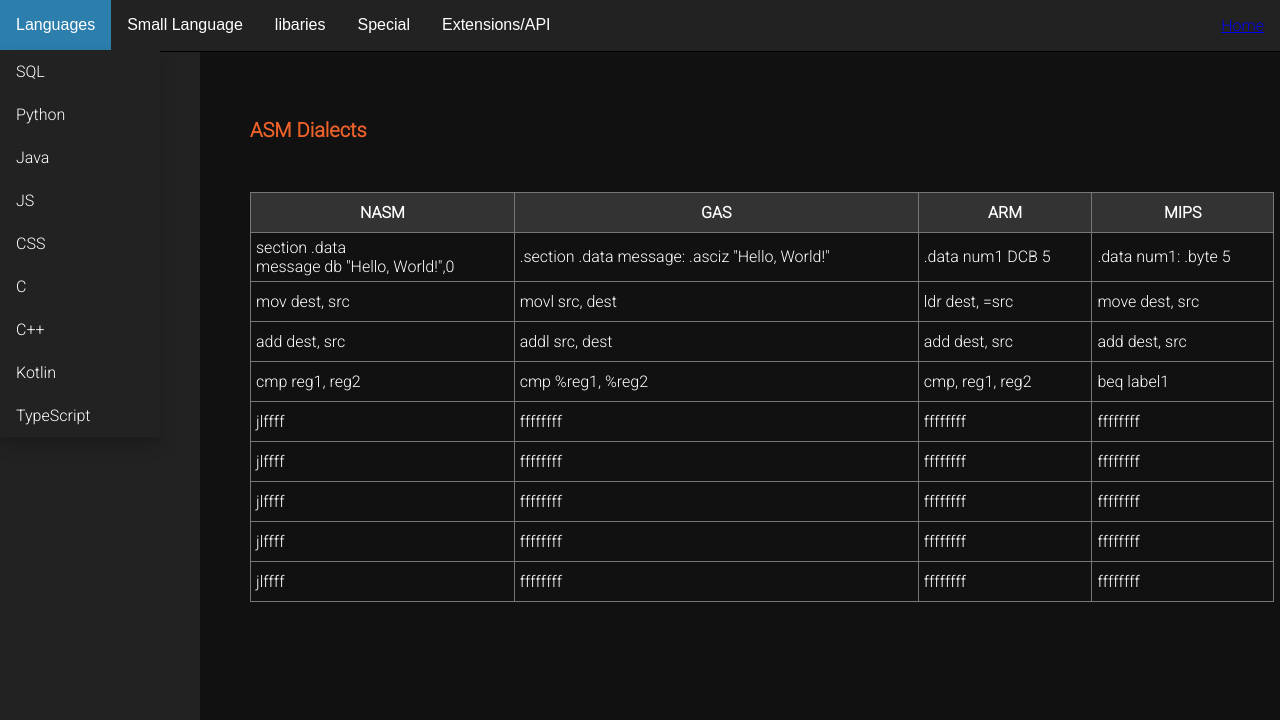
Repository: Max-Rohrhirsch/Max-Rohrhirsch.github.io
Page: documentation/special/OS/asm_dif.html
An editor plug-in stored every save of this project. The page is shown before and after the next save, followed by the edit.
The browser window is 1280 px wide. The pictures show the whole page.

Above is the page before, as saved 2023-10-29 17:56:01.

### documentation/special/OS/asm_dif.html
<head>
    <link rel="preconnect" href="https://fonts.googleapis.com">
    <link rel="preconnect" href="https://fonts.gstatic.com" crossorigin>
    <link href="https://fonts.googleapis.com/css2?family=Roboto:wght@300&display=swap" rel="stylesheet">
    <link rel="stylesheet" href="https://cdnjs.cloudflare.com/ajax/libs/font-awesome/4.7.0/css/font-awesome.min.css">

    <link rel="icon" type="image/x-icon" href="..../Bilder/favicon.ico">

    <link href="/home/max/Schreibtisch/Finished/Portfolio/documentation/prism.css" rel="stylesheet" />

    <link rel="stylesheet" href="/home/max/Schreibtisch/Finished/Portfolio/documentation/docStyle.css">
</head>

<script src="/jquery.js"></script>
<div id="includeHeader"></div>
<!-- ------ SIDE NAVIGATION BAR ----- -->
<div class="sidenav">
    <a href="/documentation/special/OS/OS.html">OS</a>
    <a href="/documentation/special/OS/ASM.html">ASM</a>
</div>

<div class="main">
<h2>ASM Dialects</h2>
<table>
<tr>
    <th>NASM</th>
    <th>GAS</th>
    <th>ARM</th>
    <th>MIPS</th>
</tr>
<tr>
    <td>
section .data<br>
message db "Hello, World!",0
    </td>
    <td>
.section .data
message:
    .asciz "Hello, World!"
    </td>
    <td>
.data
    num1  DCB 5
    </td>
    <td>
.data
    num1:   .byte 5
    </td>
</tr>
<tr>
    <td>mov dest, src</td>
    <td>movl src, dest</td>
    <td>ldr dest, =src</td>
    <td>move dest, src</td>
</tr>
<tr>
    <td>add dest, src</td>
    <td>addl src, dest</td>
    <td>add dest, src</td>
    <td>add dest, src</td>
</tr>
<tr>
    <td>cmp reg1, reg2</td>
    <td>cmp %reg1, %reg2</td>
    <td>cmp, reg1, reg2</td>
    <td>beq label1</td>
</tr>
<tr>
    <td>jlffff</td>
    <td>ffffffff</td>
    <td>ffffffff</td>
    <td>ffffffff</td>
</tr>
<tr>
    <td>jlffff</td>
    <td>ffffffff</td>
    <td>ffffffff</td>
    <td>ffffffff</td>
</tr>
<tr>
    <td>jlffff</td>
    <td>ffffffff</td>
    <td>ffffffff</td>
    <td>ffffffff</td>
</tr>
<tr>
    <td>jlffff</td>
    <td>ffffffff</td>
    <td>ffffffff</td>
    <td>ffffffff</td>
</tr>
<tr>
    <td>jlffff</td>
    <td>ffffffff</td>
    <td>ffffffff</td>
    <td>ffffffff</td>
</tr>

</table>
</div>
<div id="includeFooter"></div>

### documentation/prism.css
/* PrismJS 1.29.0
https://prismjs.com/download.html#themes=prism-okaidia&languages=markup+css+clike+javascript+arduino+armasm+bash+brainfuck+c+cpp+cilkc+cilkcpp+go+java+latex+lua+python+rust+sql&plugins=line-numbers+show-language+toolbar+copy-to-clipboard+download-button */
code[class*=language-],pre[class*=language-]{color:#f8f8f2;background:0 0;text-shadow:0 1px rgba(0,0,0,.3);font-family:Consolas,Monaco,'Andale Mono','Ubuntu Mono',monospace;font-size:1em;text-align:left;white-space:pre;word-spacing:normal;word-break:normal;word-wrap:normal;line-height:1.5;-moz-tab-size:4;-o-tab-size:4;tab-size:4;-webkit-hyphens:none;-moz-hyphens:none;-ms-hyphens:none;hyphens:none}pre[class*=language-]{padding:1em;margin:.5em 0;overflow:auto;border-radius:.3em}:not(pre)>code[class*=language-],pre[class*=language-]{background:#272822}:not(pre)>code[class*=language-]{padding:.1em;border-radius:.3em;white-space:normal}.token.cdata,.token.comment,.token.doctype,.token.prolog{color:#8292a2}.token.punctuation{color:#f8f8f2}.token.namespace{opacity:.7}.token.constant,.token.deleted,.token.property,.token.symbol,.token.tag{color:#f92672}.token.boolean,.token.number{color:#ae81ff}.token.attr-name,.token.builtin,.token.char,.token.inserted,.token.selector,.token.string{color:#a6e22e}.language-css .token.string,.style .token.string,.token.entity,.token.operator,.token.url,.token.variable{color:#f8f8f2}.token.atrule,.token.attr-value,.token.class-name,.token.function{color:#e6db74}.token.keyword{color:#66d9ef}.token.important,.token.regex{color:#fd971f}.token.bold,.token.important{font-weight:700}.token.italic{font-style:italic}.token.entity{cursor:help}
pre[class*=language-].line-numbers{position:relative;padding-left:3.8em;counter-reset:linenumber}pre[class*=language-].line-numbers>code{position:relative;white-space:inherit}.line-numbers .line-numbers-rows{position:absolute;pointer-events:none;top:0;font-size:100%;left:-3.8em;width:3em;letter-spacing:-1px;border-right:1px solid #999;-webkit-user-select:none;-moz-user-select:none;-ms-user-select:none;user-select:none}.line-numbers-rows>span{display:block;counter-increment:linenumber}.line-numbers-rows>span:before{content:counter(linenumber);color:#999;display:block;padding-right:.8em;text-align:right}
div.code-toolbar{position:relative}div.code-toolbar>.toolbar{position:absolute;z-index:10;top:.3em;right:.2em;transition:opacity .3s ease-in-out;opacity:0}div.code-toolbar:hover>.toolbar{opacity:1}div.code-toolbar:focus-within>.toolbar{opacity:1}div.code-toolbar>.toolbar>.toolbar-item{display:inline-block}div.code-toolbar>.toolbar>.toolbar-item>a{cursor:pointer}div.code-toolbar>.toolbar>.toolbar-item>button{background:0 0;border:0;color:inherit;font:inherit;line-height:normal;overflow:visible;padding:0;-webkit-user-select:none;-moz-user-select:none;-ms-user-select:none}div.code-toolbar>.toolbar>.toolbar-item>a,div.code-toolbar>.toolbar>.toolbar-item>button,div.code-toolbar>.toolbar>.toolbar-item>span{color:#bbb;font-size:.8em;padding:0 .5em;background:#f5f2f0;background:rgba(224,224,224,.2);box-shadow:0 2px 0 0 rgba(0,0,0,.2);border-radius:.5em}div.code-toolbar>.toolbar>.toolbar-item>a:focus,div.code-toolbar>.toolbar>.toolbar-item>a:hover,div.code-toolbar>.toolbar>.toolbar-item>button:focus,div.code-toolbar>.toolbar>.toolbar-item>button:hover,div.code-toolbar>.toolbar>.toolbar-item>span:focus,div.code-toolbar>.toolbar>.toolbar-item>span:hover{color:inherit;text-decoration:none}

### documentation/docStyle.css
:root {
    --main-special-color: #ee622a;
    --main-bg-color: #111;
    transition: 3s;
    scroll-behavior: smooth;
}

body {
    background-color: var(--main-bg-color);
    color: white;
    font-family: 'Roboto', sans-serif;
    margin: 0;
    min-height: max-content;
}


/* ----------------------------- MAIN STUFF --------------------------------------- */
red { color: red }
orange { color: orange }
green { color: green }

.nav1 {
    position: fixed;
    background-color: #222;
    border-bottom: 1px solid black;
    width: 100%;

    z-index: 2;
}

/* ---- DROPDOWN ---- */

.dropbtn {
    background-color: #222;
    color: white;

    padding: 16px;
    font-size: 16px;
    border: none;
    cursor: pointer;
  }

  .dropdown {
    position: relative;
    display: inline-block;
  }

  .dropdown-content {
    display: none;
    position: absolute;
    right: 0;

    background-color: #222;
    min-width: 160px;
    box-shadow: 0px 8px 16px 0px rgba(0,0,0,0.2);
  }

  .dropdown-content a {
    color: White;
    padding: 12px 16px;
    text-decoration: none;
    display: block;
  }

  .dropdown-content a:hover { background-color: #333 }
  .dropdown:hover .dropdown-content { display: block }
  .dropdown:hover .dropbtn { background-color: #2c7ead }


/* ------------ Site Navigation ----------- */

.sidenav {
    height: 100%;
    width: 200px;

    position: fixed;
    top: 51px;
    left: 0;

    background-color: #222;
    overflow-x: hidden;
    z-index: 1;
  }

  .sidenav a, .dropdown-btn {
    padding: 6px 8px 6px 16px;

    text-decoration: none;
    font-size: 20px;
    color: white;

    display: block;
    border: none;
    background: none;

    width: 100%;
    text-align: left;
    cursor: pointer;
    outline: none;
  }

  .sidenav a:hover, .dropdown-btn:hover { background-color: #2c7ead }

  .active {
    background-color: green;
    color: white;
  }

  .dropdown-container {
    display: none;
    background-color: #333;
  }

  .fa-caret-down {
    float: right;
    padding-right: 8px;
  }

  @media screen and (max-height: 450px) {
    .sidenav { padding-top: 15px }
    .sidenav a { font-size: 18px }
  }


/* ------------ Main ----------- */
.main {
    display: block;
    position:absolute;
    top: 51px;
    left: 200px;

    padding: 50px;
    font-size: 18px;

    min-height: 100%;
    width: 80vw;
}

.main h2 {
    font-size: 20px;
    color: #ee622a;
}

.main a {
    color: rgb(44, 172, 65);
    margin-bottom: 20px;
    display: block;
}

img {
    display: block;
    margin-top: 20px;
}
img:hover {
    cursor: pointer;
}



/* ------------ CODE ----------- */

out {
    display: block;
    width: calc(100% - 40px);
    background-color: #333;

    padding: 20px;
    margin-top: 15px;
    border-radius: 10px;
}

.wrapper {
    display: grid;
    font-size: 18px;
    grid-template-columns: repeat(3, 1fr);
    gap: 10px;
}

.wrapper pre {
    height: calc(100% - 50px);
}

.half {
    display: grid;
    grid-template-columns: repeat(2, 1fr);
    gap: 10px;
}
.half pre {
    height: calc(100% - 50px);
}

/* ------------ Table ----------- */

table {
    width: calc(100% );
    border: 1px solid #777;
    margin-top: 50px;
    border-collapse:collapse;
}

th {
    border: 1px solid #777;
    background-color: #333;
    padding: 10px;

}

td {
    border: 1px solid #777;
    padding: 5px;
    height: 40px;
}


/* ------------ Buttons ----------- */

.pre, .next {
    display: inline-block;
    margin-top: 10px;
}
.pre:hover, .next:hover { cursor: pointer }

.pre { float: left }
.next { float: right }





/* ------------ Image ----------- */
.modal {
    z-index:2;
    display:none;
    padding-top:10px;
    position:fixed;
    left:0;
    top:0;
    width:100%;
    height:100%;
    overflow:auto;
    background-color:rgb(0,0,0);
    background-color:rgba(0,0,0,0.8)
}

.modal-content {
    margin: auto;
    display: block;
    position: absolute;
    top: 50%;
    left: 50%;
    transform: translate(-50%, -50%);
}


.modal-hover-opacity {
    opacity:1;
    filter:alpha(opacity=100);
}

.modal-hover-opacity:hover {
    opacity:0.60;
    filter:alpha(opacity=60);
}


.close {
    text-decoration:none;

    position: fixed;
    right:20px;
    top: 20px;

    font-size:24px;
    font-weight:bold;
    color:white;
    cursor: pointer;
}

img {
    width: 500px;
    display: block;
}

.modal-content, #caption {
    -webkit-animation-name: zoom;
    -webkit-animation-duration: 0.6s;
    animation-name: zoom;
    animation-duration: 0.6s;
}

@keyframes zoom {
    from {transform:scale(0)}
    to {transform:scale(1)}
}

@media only screen and (max-width: 1300px) {
    .wrapper {
        grid-template-columns: repeat(2, 1fr);
    }
    .half {
        grid-template-columns: repeat(1, 1fr);
    }

}
@media only screen and (max-width: 1000px) {
    .wrapper {
        grid-template-columns: repeat(1, 1fr);
    }
}

### header.html
<html>
    <head>
        <title>Documentation</title>

        <meta name="viewport" content="width=device-width, initial-scale=1">
        <meta name="description" lang="en" content="Documentation of many things I learned">
        <meta name="keywords" content="HTML, CSS, JavaScript, Coding, max">
        <meta name="author" content="Rohrhirsch Max">

        <link rel="preconnect" href="https://fonts.googleapis.com">
        <link rel="preconnect" href="https://fonts.gstatic.com" crossorigin>
        <link href="https://fonts.googleapis.com/css2?family=Roboto:wght@300&display=swap" rel="stylesheet">
        <link rel="stylesheet" href="https://cdnjs.cloudflare.com/ajax/libs/font-awesome/4.7.0/css/font-awesome.min.css">

        <link rel="icon" type="image/x-icon" href="/Bilder/favicon.ico">

        <link href="/documentation/prism.css" rel="stylesheet" />

        <link rel="stylesheet" href="/documentation/docStyle.css">
        <link rel="icon" type="image/x-icon" href="/Bilder/favicon.ico">
    </head>
    <body>
        <!-- ------ TOP NAVIGATION BAR ----- -->
        <nav class="nav1">
            <div class="dropdown" style="float:left;">
                <button class="dropbtn">Languages</button>
                <div class="dropdown-content" style="left:0;">
                    <a href="/documentation/languages/sql/sql.html">SQL</a>
                    <a href="/documentation/languages/python/python.html">Python</a>
                    <a href="/documentation/languages/java/java.html">Java</a>
                    <a href="/documentation/languages/js.html">JS</a>
                    <a href="/documentation/languages/css.html">CSS</a>
                    <a href="/documentation/languages/c.html">C</a>
                    <a href="/documentation/languages/cpp.html">C++</a>
                    <a href="/documentation/languages/Kotlin.html">Kotlin</a>
                    <a href="/documentation/languages/typescript.html">TypeScript</a>
                </div>
            </div>
            <div class="dropdown" style="float:left;">
                <button class="dropbtn">Small Language</button>
                <div class="dropdown-content" style="left:0;">
                    <a href="/documentation/small/bash.html">Bash</a>
                    <a href="/documentation/small/rust.html">Rust</a>
                    <a href="/documentation/small/go.html">GO</a>
                    <a href="/documentation/small/csharp.html">C#</a>
                    <a href="/documentation/small/brainfuck.html">BrainFuck</a>
                </div>
            </div>
            <div class="dropdown" style="float:left;">
                <button class="dropbtn">libaries</button>
                <div class="dropdown-content" style="left:0;">
                    <a href="/documentation/libaries/socket.html">Socket</a>
                    <a href="/documentation/libaries/tenserflow.html">Tenserflow</a>
                    <a href="/documentation/libaries/regex.html">Regex</a>
                    <a href="/documentation/libaries/angular.html">Angular</a>
                    <a href="/documentation/libaries/Git.html">Git</a>
                </div>
            </div>
            <div class="dropdown" style="float:left;">
                <button class="dropbtn">Special</button>
                <div class="dropdown-content" style="left:0;">
                    <a href="/documentation/special/computer.html">Computer</a>
                    <a href="/documentation/special/linux.html">Linux</a>
                    <a href="/documentation/special/arduino.html">Arduino</a>
                    <a href="/documentation/special/game.html">Game Maker</a>
                    <a href="/documentation/special/unity.html">Unity</a>
                    <a href="/documentation/special/OS/OS.html">OS</a>
                    <a href="/documentation/special/hacking.html">Hacking</a>
                </div>
            </div>
            <div class="dropdown" style="float:left;">
                <button class="dropbtn">Extensions/API</button>
                <div class="dropdown-content" style="left:0;">
                    <a href="/documentation/extension/chrome.html">Chrome Extension</a>
                    <a href="/documentation/extension/discord.html">Discord Bot</a>
                    <a href="/documentation/extension/computercraft.html">Computercraft</a>
                    <a href="/documentation/extension/LaTeX.html">LaTeX</a>
                </div>
            </div>
            <div class="dropdown dropbtn" style="float:right;">
                <a href="https://max-rohrhirsch.github.io/documentation/documentation.html">Home</a>
            </div>
        </nav>

        <!-- ------ SIDE NAVIGATION BAR ----- -->

### footer.html

<a class="pre">Previous</a>
<a class="next">Next</a>
</div>

<div id="modal01" class="modal" onclick="this.style.display='none'">
<span class="close">X</span>
<div class="modal-content">
  <img id="img01" style="max-width:100%">
</div>
</div>


<!-- ------ SCRIPT FOR DROPDOWN ----- -->
<script>
var dropdown = document.getElementsByClassName("dropdown-btn");
var i;

for (i = 0; i < dropdown.length; i++) {
  dropdown[i].addEventListener("click", function() {
    this.classList.toggle("active");
    var dropdownContent = this.nextElementSibling;
    if (dropdownContent.style.display === "block") {
      dropdownContent.style.display = "none";
    } else {
      dropdownContent.style.display = "block";
    }
  });
}
</script>
<script src="/documentation/prism.js"></script>
<script>
function onClick(element) {
    document.getElementById("img01").src = element.src;
    document.getElementById("modal01").style.display = "block";
}
</script>
</body>
</html>

Loaded but not shown: jquery.js (library); documentation/prism.js (library)

After the next save:
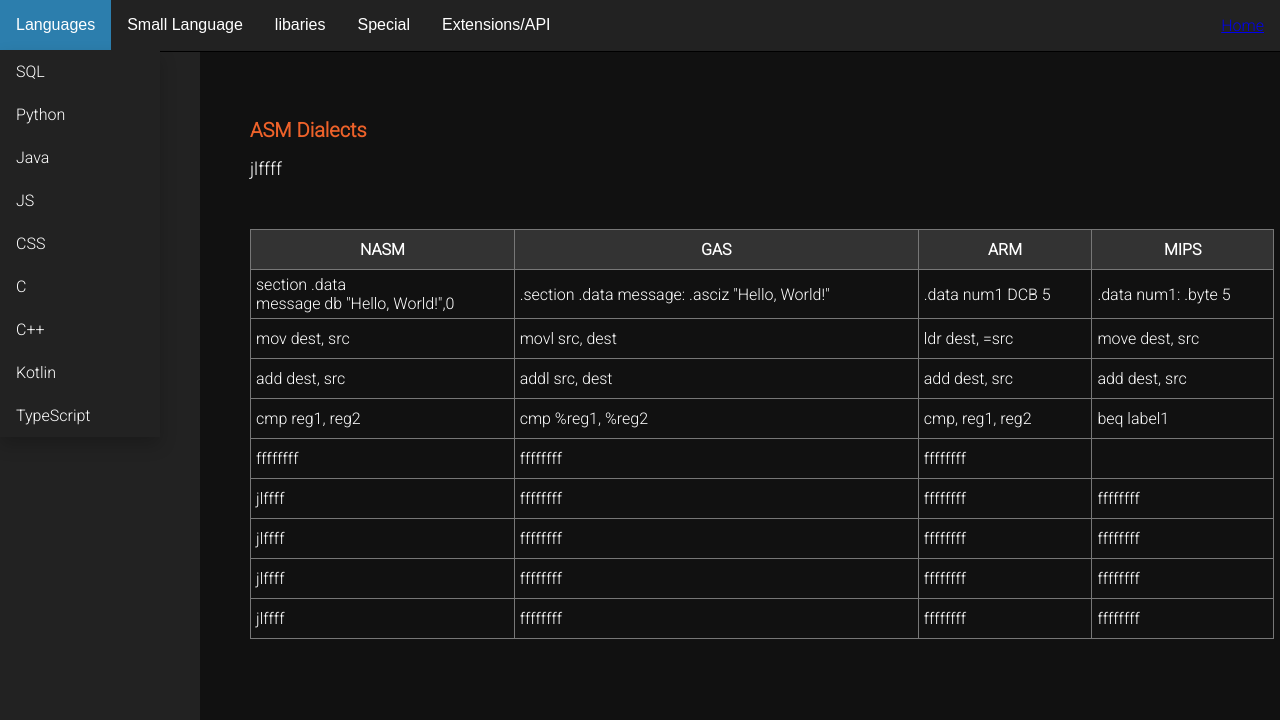
Saved 15 s later.
--- a/documentation/special/OS/asm_dif.html
+++ b/documentation/special/OS/asm_dif.html
@@ -66,7 +66,7 @@
     <td>beq label1</td>
 </tr>
 <tr>
-    <td>jlffff</td>
+    <jmp label>jlffff</td>
     <td>ffffffff</td>
     <td>ffffffff</td>
     <td>ffffffff</td>

After the save that followed:
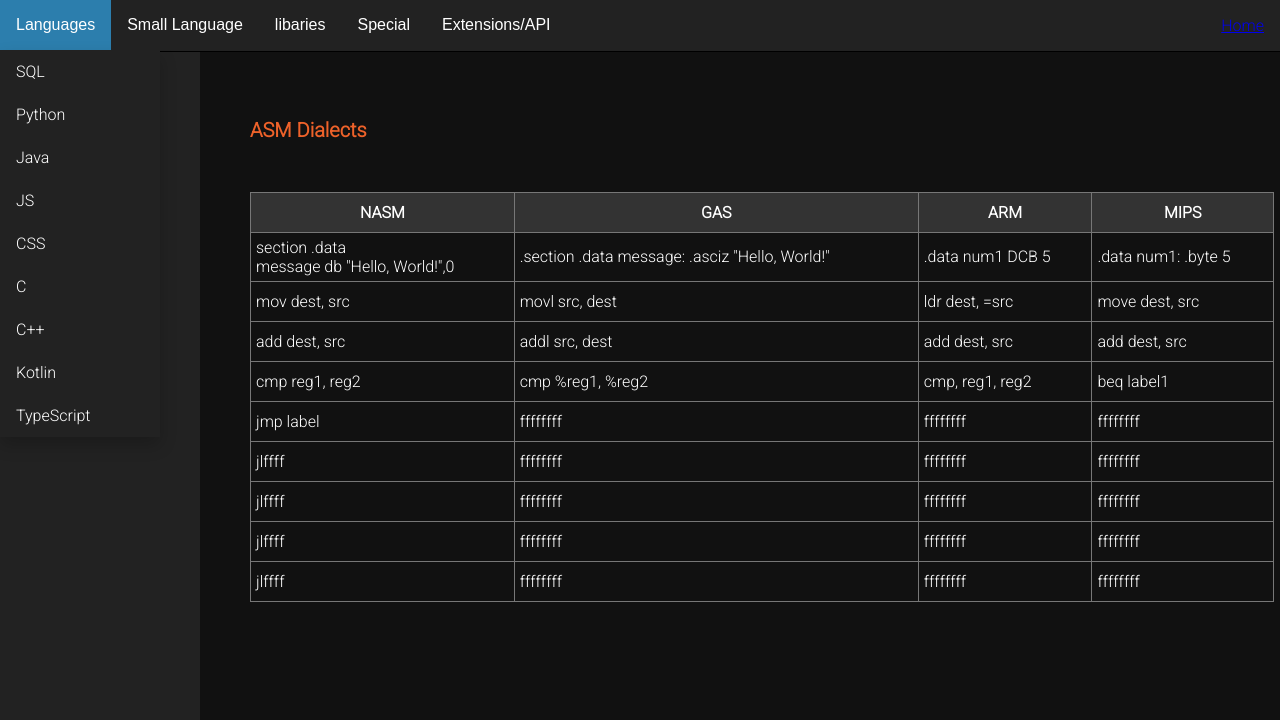
Saved 7 s later.
--- a/documentation/special/OS/asm_dif.html
+++ b/documentation/special/OS/asm_dif.html
@@ -66,7 +66,7 @@
     <td>beq label1</td>
 </tr>
 <tr>
-    <jmp label>jlffff</td>
+    <td>jmp label</td>
     <td>ffffffff</td>
     <td>ffffffff</td>
     <td>ffffffff</td>
